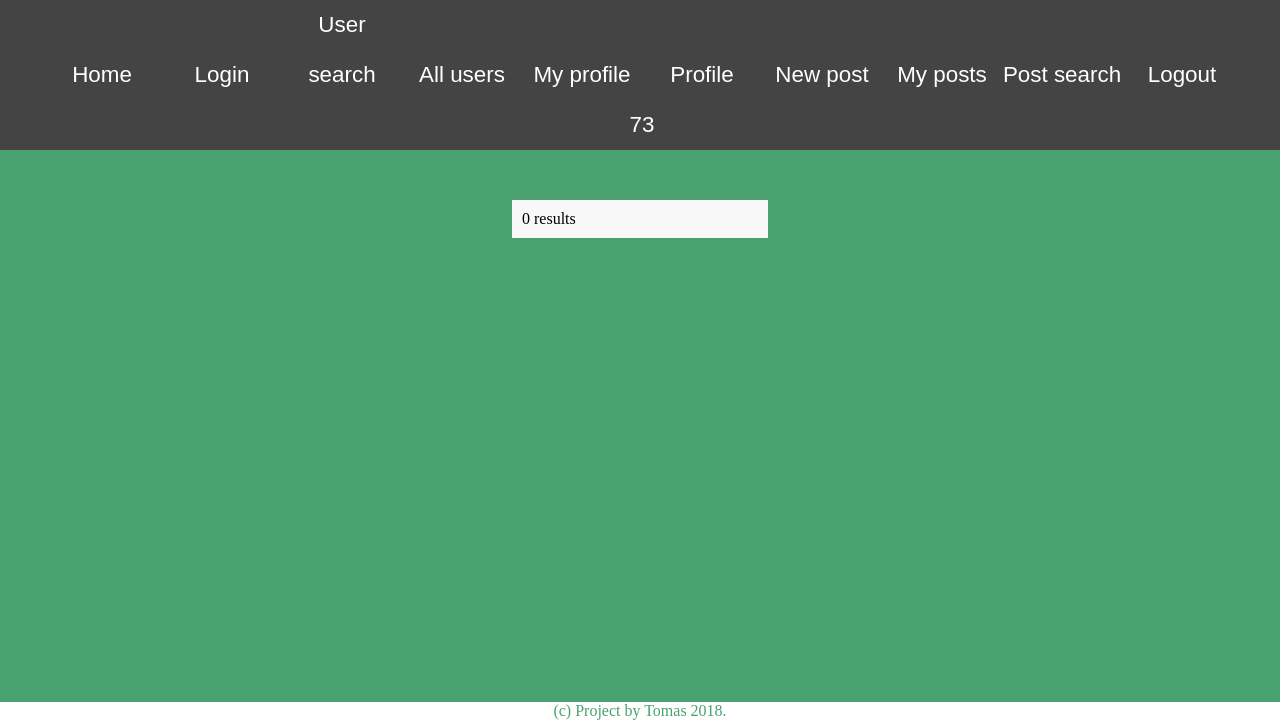
Repository: codin-full-stack/tomasz
Page: http://localhost/tomasz/userInfo.php
An editor plug-in stored every save of this project. The page is shown before and after a run of saves, followed by the edit.
The browser window is 1280 px wide. The pictures show the whole page.
The page is run by PHP 8.4 with error messages shown; the project is at /var/www/html/.

Above is the page before, as saved 2018-10-12 11:49:59.

After the next 2 saves:
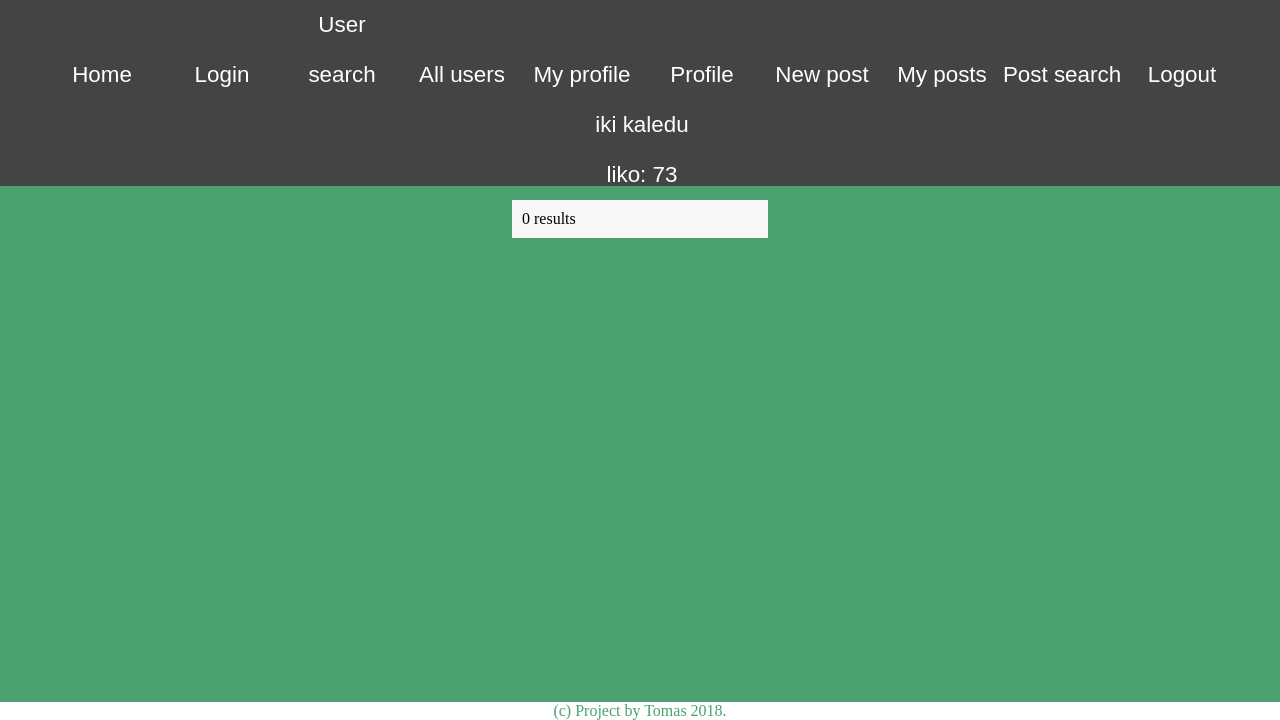
The 2 saves are shown as one change because they came seconds apart.
The last was saved 97 s later.
--- a/script.js
+++ b/script.js
@@ -43,5 +43,5 @@ var days = Math.floor(distance / (1000 * 60 * 60 * 24));
 //
 
 var target = document.querySelector('.kaledos');
-target.innerHTML = days;
+target.innerHTML = "iki kaledu liko: " + days;
 target.style.color = "white";
